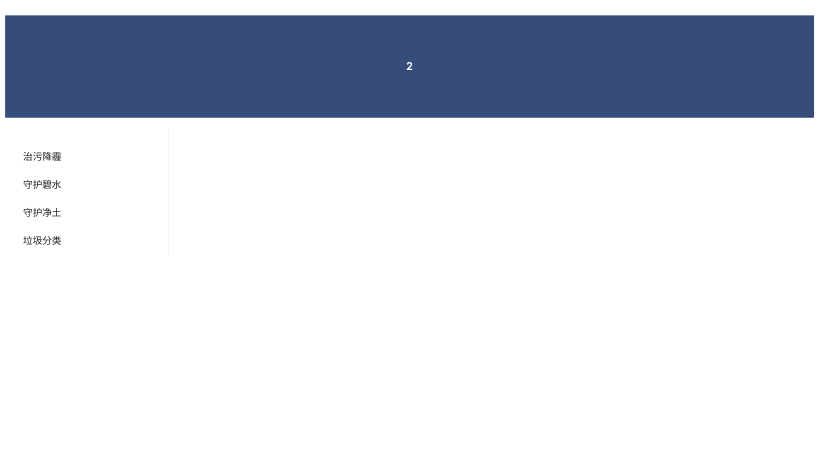
Repository: samllbin/summerWeb
Page: /
An editor plug-in stored every save of this project. The page is shown before and after the next save, followed by the edit.
The browser window is 1280 px wide. The pictures show the whole page, at 64% of full size.
The project was rebuilt for these pictures with package versions that can differ from the ones it lists, and the page was loaded fresh each time. Also part of the build but not shown: vite.config.js, components/menu/config.js, components/article/index.module.css, components/article/index.jsx.

Above is the page before, as saved 2024-07-22 16:32:13.

### src/App.jsx
import React, { useState } from "react";
import style from "./assets/index.module.css";
import Carousel from "@components/carousel/index";
import MenuTab from "@components/menu/MenuTab";
import Content from "@components/content";
import Article from "@components/article";

export default function App() {
  const [current, setCurrent] = useState("1");
  return (
    <div>
      <Carousel />
      <div className={style.layout}>
        <MenuTab setCurrent={setCurrent} current={current} />
        <Content />
      </div>
    </div>
  );
}

### src/assets/index.module.css
.layout {
  font-family: "宋体", sans-serif;
  display: flex;
}

### components/carousel/index.jsx
import React from "react";
import { Carousel } from "antd";
import style from "./index.module.css";

export default function carousel() {
  return (
    <Carousel autoplay>
      <div>
        <h3 className={style.contentStyle}>1</h3>
      </div>
      <div>
        <h3 className={style.contentStyle}>2</h3>
      </div>
      <div>
        <h3 className={style.contentStyle}>3</h3>
      </div>
      <div>
        <h3 className={style.contentStyle}>4</h3>
      </div>
    </Carousel>
  );
}

### components/menu/MenuTab.jsx
import React from "react";
import { Menu } from "antd";
import { useState } from "react";
import { config } from "./config";

export default function MenuTab({ current, setCurrent }) {
  const onClick = (e) => {
    console.log("click ", e);
    setCurrent(e.key);
  };
  return (
    <div>
      <Menu
        onClick={onClick}
        style={{ width: 256, fontSize: 15, paddingTop: 20 }}
        defaultOpenKeys={["sub1"]}
        selectedKeys={[current]}
        mode="inline"
        items={config}
      />
    </div>
  );
}

### components/content/index.jsx
import React from "react";
import style from "./index.module.css";
import config from "./config";

export default function Content() {
  return (
    <div className={style.layout}>
      {config
        .filter((item) => {
          item.title === "治污降霾";
        })[0]
        ?.value.map((item, index) => {
          return (
            <div key={index}>
              <h3>{item?.subTitle}</h3>
              <div>{item.content}</div>;
              <img src={item.imageURL} alt="" />
            </div>
          );
        })}
    </div>
  );
}

### components/carousel/index.module.css
.contentStyle {
  height: 160px;
  color: #fff;
  line-height: 160px;
  text-align: center;
  background: #364d79;
}

### components/content/index.module.css
.layout {
  display: flex;
  width: 100%;
  flex-direction: column;
  align-items: center;
  justify-content: center;
}

### components/content/config.js
export default [
  {
    title: "治污降霾",
    value: [
      {
        subTitle: "干洁大气的组成",
        content:
          "大气是由混合气体、水汽和杂质组成的。干洁大气主要由78%的氮气、21%的氧气、0.93%的稀有气体、0.04%的二氧化碳以及0.03%的其他物质组成。",
        imageURL: "../../public/大气组成.png",
      },
      {
        subTitle: "什么是大气污染",
        content:
          "由于人类活动或自然过程引起某些物质进入大气中，比如煤炭等能源燃烧、工业生产、交通运输、建筑施工、秸秆露天焚烧、燃放烟花爆竹等过程排放二氧化硫、氮氧化物、挥发性有机物、氨、烟尘、粉尘等大气污染物进入大气环境中。当这些物质的浓度达到有害程度，以至破坏生态系统和人类正常生存和发展的条件，对人或物造成危害的现象叫做大气污染。",
        imageURL: "../../public/大气污染.png",
      },
      {
        subTitle: "大气环境具有自净能力",
        content:
          "大气环境本身具有自净能力，可以使大气污染物稀释和清除。大气环境的自净能力受温度层结、风向、风速、湿度、地表性质等影响。当逆温现象发生时，空气的垂直交换受到阻碍，污染物只能在逆温层以下的大气环境中稀释混合，逆温层越低污染物稀释混合空间越小，空气污染越严重。",
        imageURL: "../../public/自净能力.png",
      },
      {
        subTitle: "大气污染的形成",
        content:
          "伴随风速变小，污染物水平输送变慢，加上不利地形山前阻挡等因素，污染物不能及时扩散，污染愈发严重。当不利气象条件发生时，如果人为的生产和生活活动一如既往地排放污染物到大气环境中，污染便会持续累积加重并蔓延，污染连绵成片，污染气团随风流动，形成大范围的区域性空气重污染。",
        imageURL: "../../public/污染形成.png",
      },
      {
        subTitle: "我国大气污染的防治",
        content:
          "我国通过立法、制定系列标准和规划防治大气污染，目的是改善环境空气质量，保护公众健康。进一步优化产业结构，“散乱污”企业整治，工业企业达标排放；优化能源结构，推动燃煤小锅炉的淘汰改造，着力发展清洁能源。优化运输结构，开展柴油货车超标排放的专项整治；优化用地结构，综合治理城市扬尘。加强督查巡查，严格依法监督管理。",
      },
      {
        subTitle: "防治大气污染，我们能做什么？",
        content:
          "良好生态环境是最普惠的民生福祉，关注空气质量、大气污染防治人人有责。倡导绿色出行、减少污染物排放。提倡简约生活、养成节电习惯。举报污染行为、共建美丽中国。让我们携起手去了解、去支持、去参与大气污染防治美好的蓝天，需要你我的努力！",
        imageURL: "../../public/防止污染.png",
      },
    ],
  },
];

Loaded but not shown: index.html (common file); src/main.jsx (common file)

After the next save:
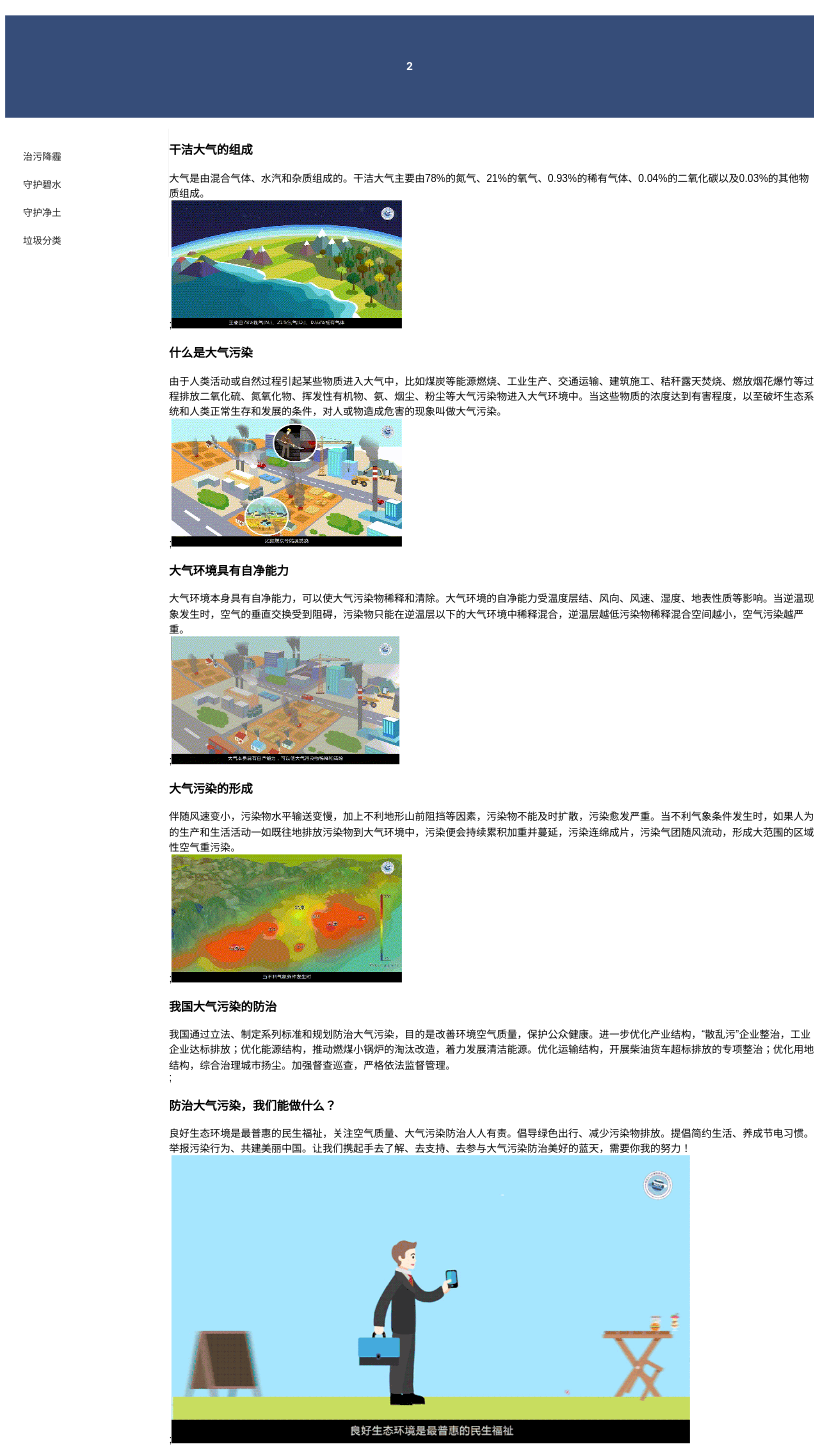
Saved 2 min 5 s later.
--- a/components/content/index.jsx
+++ b/components/content/index.jsx
@@ -7,7 +7,7 @@ export default function Content() {
     <div className={style.layout}>
       {config
         .filter((item) => {
-          item.title === "治污降霾";
+          return item.title === "治污降霾";
         })[0]
         ?.value.map((item, index) => {
           return (
